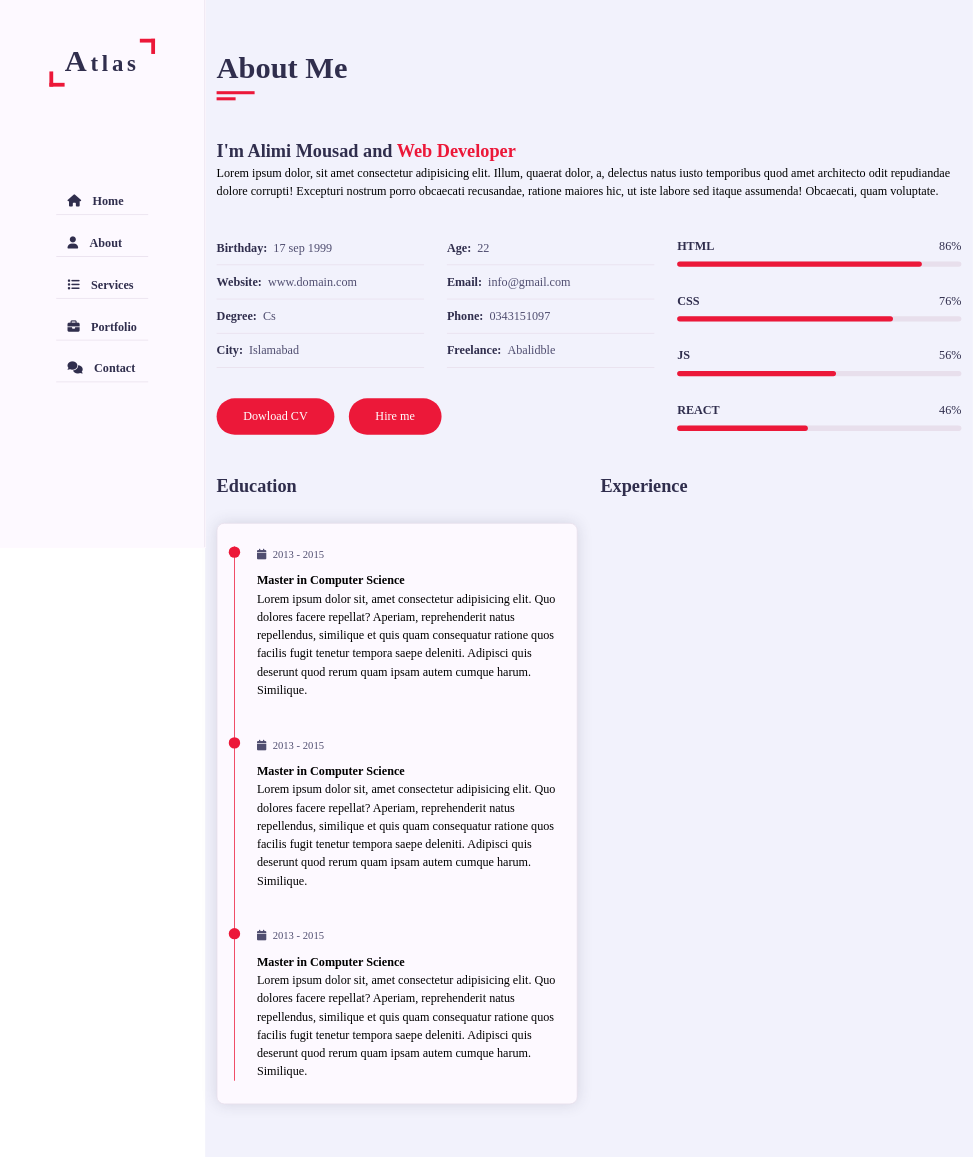
Repository: luanhoang0902/portfolio-ui
Page: index.html
The author's editor kept a copy of each file at every save. The page is drawn from the files as they stood at one save, then again after the next save.
The browser window is 1280 px wide. The pictures show the whole page, at 76% of full size.
Some web fonts or font styles are not loaded; a fallback is used. Some web libraries are served in a nearby version.

Above is the page before, as saved 2022-06-02 17:20:16.

### index.html
<!DOCTYPE html>
<html lang="en">
  <head>
    <meta charset="UTF-8" />
    <meta http-equiv="X-UA-Compatible" content="IE=edge" />
    <meta name="viewport" content="width=device-width, initial-scale=1.0" />
    <title>Document</title>

    <!--  ===== CSS Files ===== -->
    <link rel="stylesheet" href="./css/style.css" />
    <link rel="stylesheet" href="./css/skins/color-1.css" />
    <link
      rel="stylesheet"
      href="https://cdnjs.cloudflare.com/ajax/libs/font-awesome/6.1.1/css/all.min.css"
    />
  </head>
  <body>
    <!--  ===== Main Container Start> ===== -->
    <div class="main-container">
      <!--  ===== Aside Start> ===== -->
      <div class="aside">
        <div class="logo">
          <a href="#"><span>A</span>tlas</a>
        </div>
        <div class="nav-toggler">
          <span></span>
        </div>
        <ul class="nav">
          <li>
            <a href="#"><i class="fa fa-home" class="active"></i>Home</a>
          </li>
          <li>
            <a href="#"><i class="fa fa-user"></i>About</a>
          </li>
          <li>
            <a href="#"><i class="fa fa-list"></i>Services</a>
          </li>
          <li>
            <a href="#"><i class="fa fa-briefcase"></i>Portfolio</a>
          </li>
          <li>
            <a href="#"><i class="fa fa-comments"></i>Contact</a>
          </li>
        </ul>
      </div>
      <!--  ===== Aside End> ===== -->
      <!--  ===== Main Content Start> ===== -->
      <div class="main-content">
        <!--  ===== Home Selection Start> ===== -->
        <section class="home section hidden">
          <div class="container">
            <div class="row">
              <div class="home-info padd-15">
                <h3 class="hello">
                  Hello, my name is <span class="name">Alimi Mousaad</span>
                </h3>
                <h3 class="my-profession">
                  I'm a <span class="typing">web designer</span>
                </h3>
                <p>
                  Lorem ipsum, dolor sit amet consectetur adipisicing elit.
                  Molestiae quos assumenda at illum nisi dolores sequi quisquam?
                  Eaque, earum temporibus.
                </p>
                <a href="#contact" class="btn hire-me">Hire Me</a>
              </div>
              <div class="home-img">
                <img src="./images/avatar.JPG" alt="" />
              </div>
            </div>
          </div>
        </section>
        <!--  ===== Home Selection End> ===== -->
        <!--  ===== About Selection Start> ===== -->
        <section class="about section padd-15">
          <div class="container">
            <div class="row">
              <div class="section-title padd-15">
                <h2>About Me</h2>
              </div>
            </div>
            <div class="row">
              <div class="about-content padd-15">
                <div class="row">
                  <div class="about-text padd-15">
                    <h3>I'm Alimi Mousad and <span>Web Developer</span></h3>
                    <p>
                      Lorem ipsum dolor, sit amet consectetur adipisicing elit.
                      Illum, quaerat dolor, a, delectus natus iusto temporibus
                      quod amet architecto odit repudiandae dolore corrupti!
                      Excepturi nostrum porro obcaecati recusandae, ratione
                      maiores hic, ut iste labore sed itaque assumenda!
                      Obcaecati, quam voluptate.
                    </p>
                  </div>
                </div>
                <div class="row">
                  <div class="personal-info padd-15">
                    <div class="row">
                      <div class="info-item padd-15">
                        <p>Birthday: <span>17 sep 1999</span></p>
                      </div>
                      <div class="info-item padd-15">
                        <p>Age: <span>22</span></p>
                      </div>
                      <div class="info-item padd-15">
                        <p>Website: <span>www.domain.com</span></p>
                      </div>
                      <div class="info-item padd-15">
                        <p>Email: <span>info@gmail.com</span></p>
                      </div>
                      <div class="info-item padd-15">
                        <p>Degree: <span>Cs</span></p>
                      </div>
                      <div class="info-item padd-15">
                        <p>Phone: <span>0343151097</span></p>
                      </div>
                      <div class="info-item padd-15">
                        <p>City: <span>Islamabad</span></p>
                      </div>
                      <div class="info-item padd-15">
                        <p>Freelance: <span>Abalidble</span></p>
                      </div>
                    </div>
                    <div class="row">
                      <div class="buttons padd-15">
                        <a href="#" class="btn">Dowload CV</a>
                        <a href="#contact" class="btn hire-me">Hire me</a>
                      </div>
                    </div>
                  </div>
                  <div class="skills padd-15">
                    <div class="row">
                      <div class="skill-item padd-15">
                        <h5>HTML</h5>
                        <div class="progress">
                          <div class="progress-in" style="width: 86%"></div>
                          <div class="skill-percent">86%</div>
                        </div>
                      </div>
                      <div class="skill-item padd-15">
                        <h5>CSS</h5>
                        <div class="progress">
                          <div class="progress-in" style="width: 76%"></div>
                          <div class="skill-percent">76%</div>
                        </div>
                      </div>
                      <div class="skill-item padd-15">
                        <h5>JS</h5>
                        <div class="progress">
                          <div class="progress-in" style="width: 56%"></div>
                          <div class="skill-percent">56%</div>
                        </div>
                      </div>
                      <div class="skill-item padd-15">
                        <h5>REACT</h5>
                        <div class="progress">
                          <div class="progress-in" style="width: 46%"></div>
                          <div class="skill-percent">46%</div>
                        </div>
                      </div>
                    </div>
                  </div>
                </div>
                <div class="row">
                  <div class="education padd-15">
                    <h3 class="title">Education</h3>
                    <div class="row">
                      <div class="timeline-box padd-15">
                        <div class="timeline shadow-dark">
                          <!-- ===== timeline item ===== -->
                          <div class="timeline-item">
                            <div class="circle-dot"></div>
                            <h3 class="timeline-date">
                              <i class="fa fa-calendar"></i> 2013 - 2015
                            </h3>
                            <h4 class="timeline-title">
                              Master in Computer Science
                            </h4>
                            <p class="timeline-text">
                              Lorem ipsum dolor sit, amet consectetur
                              adipisicing elit. Quo dolores facere repellat?
                              Aperiam, reprehenderit natus repellendus,
                              similique et quis quam consequatur ratione quos
                              facilis fugit tenetur tempora saepe deleniti.
                              Adipisci quis deserunt quod rerum quam ipsam autem
                              cumque harum. Similique.
                            </p>
                          </div>
                          <!-- ===== timeline item ===== -->
                          <div class="timeline-item">
                            <div class="circle-dot"></div>
                            <h3 class="timeline-date">
                              <i class="fa fa-calendar"></i> 2013 - 2015
                            </h3>
                            <h4 class="timeline-title">
                              Master in Computer Science
                            </h4>
                            <p class="timeline-text">
                              Lorem ipsum dolor sit, amet consectetur
                              adipisicing elit. Quo dolores facere repellat?
                              Aperiam, reprehenderit natus repellendus,
                              similique et quis quam consequatur ratione quos
                              facilis fugit tenetur tempora saepe deleniti.
                              Adipisci quis deserunt quod rerum quam ipsam autem
                              cumque harum. Similique.
                            </p>
                          </div>
                          <!-- ===== timeline item ===== -->
                          <div class="timeline-item">
                            <div class="circle-dot"></div>
                            <h3 class="timeline-date">
                              <i class="fa fa-calendar"></i> 2013 - 2015
                            </h3>
                            <h4 class="timeline-title">
                              Master in Computer Science
                            </h4>
                            <p class="timeline-text">
                              Lorem ipsum dolor sit, amet consectetur
                              adipisicing elit. Quo dolores facere repellat?
                              Aperiam, reprehenderit natus repellendus,
                              similique et quis quam consequatur ratione quos
                              facilis fugit tenetur tempora saepe deleniti.
                              Adipisci quis deserunt quod rerum quam ipsam autem
                              cumque harum. Similique.
                            </p>
                          </div>
                        </div>
                      </div>
                    </div>
                  </div>
                  <div class="experience padd-15">
                    <h3 class="title">Experience</h3>
                  </div>
                </div>
              </div>
            </div>
          </div>
        </section>
        <!--  ===== About Selection End> ===== -->
      </div>
      <!--  ===== Main Content End> ===== -->
    </div>
    <!--  ===== Main Container End> ===== -->
    <!--  ===== JS Files ===== -->
    <script src="js/script.js"></script>
  </body>
</html>

### css/style.css
/* import font chữ vào */
@import url('https://fonts.googleapis.com/css2?family=Clicker+Script&family=Montserrat:ital,wght@1,100&family=Poppins:ital,wght@0,200;0,300;0,400;0,500;0,700;1,600&display=swap');
/* Khai báo biến */
:root
{
    --bg-black-900: #f2f2fc;
    --bg-black-100: #fdf9ff;
    --bg-black-50: #e8dfec;

    --text-black-900: #302e4d;
    --text-black-700: #504e70;
}

body
{
    line-height: 1.5;
    font-size: 16px;
    font-family: 'Poopins' sans-serif;
}

*
{
    margin: 0;
    padding: 0;
    outline: none;
    text-decoration: none;
    box-sizing: border-box;
}

::before,::after {
    box-sizing: border-box;
}

ul
{
    list-style: none;
}
.section
{
    background: var(--bg-black-900);
    min-height: 100vh;
    display: block;
    padding: 0 30px;
    left: 270px;
    opacity: 1;
}
.hidden
{
    display: none !important;
}
.main-content
{
    padding-left: 270px;
}
.padd-15
{
    padding-left: 15px;
    padding-right: 15px;
}
.container
{
    max-width: 1100px;
    width: 100%;
    margin: auto;
}
.section .container
{
    padding-top: 60px;
    padding-bottom: 70px;
}
.section-title
{
     flex: 0 0 100%;
     min-width: 100%;
     margin-bottom: 60px;
}
.section-title h2
{
    font-size: 40px;
    color: var(--text-black-900);
    font-weight: 700;
    position: relative;
}
.section-title h2::before
{
    content: '';
    height: 4px;
    width: 50px;
    background-color: var(--skin-color);
    position:absolute;
    top: 100%;
    left: 0;
}
.section-title h2::after
{
    content: '';
    height: 4px;
    width: 25px;
    background-color: var(--skin-color);
    position:absolute;
    top: 100%;
    left: 0;
    margin-top: 8px;
}
.row
{
    display: flex;
    flex-wrap: wrap;
    margin-left: -15px;
    margin-right: -15px;
    position: relative;
}
.btn
{
    font-size: 16px;
    font-weight: 500;
    padding: 12px 35px;
    color: white;
    border-radius: 40px;
    display: inline-block;
    white-space: nowrap;
    border: none;
    background: var(--skin-color);
    transition: all 0.3s ease;
}
.btn:hover
{
    transform: scale(1.05);
}
.shadow-dark
{
    box-shadow: 0 0 20px rgba(48, 46, 77, 0.15);
}
/* aside */
.aside
{
    position: fixed;
    left: 0;
    top: 0;

    display: flex;
    justify-content: center;
    align-items: center;

    width: 270px;

    background: var(--bg-black-100);

    border-right: 1px solid var(--bg-black-50);
    padding: 30px;
    height: 100%;
    z-index: 10;
}
.aside .logo
{
    position: absolute;
    top: 50px;
    font-size: 30px;
    text-transform: capitalize;
}
.aside .logo a
{
    position: relative;
    color: var(--text-black-900);
    font-weight: 700;

    padding: 15px 20px;
    font-size:30px;
    letter-spacing: 5px;
}
.aside .logo a span
{
    font-family: 'Clicker Script', cursive;
    font-size: 40px;
}
.aside .logo a::before
{
    content: '';
    position: absolute;
    bottom: 0;
    left: 0;
    width: 20px;
    height: 20px;

    border-bottom: 5px solid var(--skin-color);
    border-left: 5px solid var(--skin-color);
}
.aside .logo a::after
{
    content: '';
    position: absolute;
    top: 0;
    right: 0;
    width: 20px;
    height: 20px;

    border-top: 5px solid var(--skin-color);
    border-right: 5px solid var(--skin-color);
}
.aside .nav-toggler
{
    height: 40px;
    width: 45px;
    border: 1px solid var(--bg-black-50);
    cursor: pointer;
    position: fixed;
    left: 300px;
    top: 20px;
    border-radius: 5px;
    background: var(--bg-black-100);
    display: none;
    justify-content: center;
    align-items: center;
}
.aside .nav-toggler span
{
    height: 2px;
    width: 18px;
    background: var(--skin-color);
    display: inline-block;
    position: relative;
}
.aside .nav-toggler span::before
{
    content: '';
    height: 2px;
    width: 18px;
    background: var(--skin-color);
    position: absolute;
    top: -6px;
    left: 0;
}
.aside .nav-toggler span::after
{
    content: '';
    height: 2px;
    width: 18px;
    background: var(--skin-color);
    position: absolute;
    top: 6px;
    left: 0;
}
.aside .nav
{
    margin-top: 50px;
}
.aside .nav li
{
    margin-bottom: 20px;
    display: block;
}
.aside .nav li a
{
    font-size: 16px;
    font-weight: 600;
    display: block;
    border-bottom: 1px solid var(--bg-black-50);
    color: var(--text-black-900);
    padding: 5px 15px;
}
.aside .nav li a.active
{
    color: var(--skin-color);
}
.aside .nav li a i
{
    margin-right: 15px;
}
/* Home */
.home
{
    min-height: 100vh;
    display: flex;
    color: var(--text-black-900);
}
.home .home-info
{
    flex: 0 0 60%;
    min-width: 60%;
}
h3.hello
{
    font-size: 28px;
    margin: 15px 0;
}
h3.hello span
{
    font-family: 'Clicker Script', cursive;
    font-size: 30px;
    font-weight: 700;
    color: var(--skin-color);
}
h3.my-profession
{
    font-size: 30px;
    margin: 15px 0;
}
.typing
{
    color: var(--skin-color);
}
.home-info p
{
    margin-bottom: 70px;
    font-size: 20px;
    color: var(--text-black-700);
}
.home .home-img
{
    flex: 0 0 40%;
    min-width: 40%;
    text-align: center;
    position: relative;

}
.home-img::after
{
    content: '';
    position: absolute;
    height: 80px;
    width: 80px;
    border-bottom: 10px solid var(--skin-color);
    border-right: 10px solid var(--skin-color);
    right: 20px;
    bottom: -40px;
}
.home-img::before
{
    content: '';
    position: absolute;
    height: 80px;
    width: 80px;
    border-top: 10px solid var(--skin-color);
    border-left: 10px solid var(--skin-color);
    left: 20px;
    top: -40px;
}
.home .home-img img
{
    height: 400px;
    width: 300px;
    object-fit: cover;

    margin: auto;
    border-radius: 5px;
}
/* About */
.about .about-content
{
    flex: 0 0 100%;
    min-width: 100%;

}
.about .about-content .about-text
{
    flex: 0 0 100%;
    max-width: 100%;
}
.about .about-content .about-text h3
{
    font-size: 24px;
    border-bottom: 15px;
    font-weight: 700;
    color: var(--text-black-900);
}
.about .about-content .about-text h3 span
{
    color: var(--skin-color);
}
.about .about-content .personal-info
{
    flex: 0 0 60%;
    max-width: 60%;
    margin-top: 40px;
}
.about .about-content .personal-info .info-item
{
    flex: 0 0 50%;
    max-width: 100%;
}
.about .about-content .personal-info .info-item p
{
    font-weight: 600;
    padding: 10px 0;
    font-size: 16px;
    color: var(--text-black-900);
    border-bottom: 1px solid var(--bg-black-50);
}
.about .about-content .personal-info .info-item p span
{
    font-weight: 400;
    color: var(--text-black-700);
    margin-left: 4px;
    display: inline-block;

}
.about .about-content .personal-info .buttons
{
    margin-top: 30px;

}
.about .about-content .personal-info .buttons .btn
{
    margin-right: 15px;
    margin-top: 10px;
}
.about .about-content .skills
{
    flex: 0 0 40%;
    max-width: 40%;
    margin-top: 40px;
}
.about .about-content .skills .skill-item
{
    flex: 0 0 100%;
    max-width: 100%;
}
.about .about-content .skills .skill-item h5
{
    line-height: 40px;
    font-weight: 600;
    font-size: 16px;
    color: var(--text-black-900);
    text-transform: capitalize;
}
.about .about-content .skills .skill-item .progress
{
    background: var(--bg-black-50);
    height: 7px;
    border-radius: 4px;
    width: 100%;
    position: relative;
}
.about .about-content .skills .skill-item
{
    margin-bottom: 25px;

}
.about .about-content .skills .skill-item .progress-in
{
    position: absolute;
    left: 0;
    top: 0;
    height: 100%;
    border-radius: 4px;
    background-color: var(--skin-color);
}
.about .about-content .skills .skill-item .skill-percent
{
    position: absolute;
    right: 0;
    color: var(--text-black-900);
    top: -40px;
    font-weight: 400;
    line-height: 40px;
}
.about .about-content .education,
.about .about-content .experience
{
    flex: 0 0 50%;
    max-width: 50%;
    margin-top: 30px;
}
.about .about-content h3.title
{
    font-size: 24px;
    margin-bottom: 30px;
    font-weight: 700;
    color: var(--text-black-900);

}
.about .about-content .timeline-box
{
    flex: 0 0 100%;
    max-width: 100%;
}
.about .about-content .timeline
{
    background: var(--bg-black-100);
    padding: 30px 15px;
    border: 1px solid var(--bg-black-50);
    border-radius: 10px;
    width: 100%;
    position: relative;
}
.about .about-content .timeline .timeline-item
{
    position: relative;
    padding-left: 37px;
    padding-bottom: 50px;

}
.about .about-content .timeline .timeline-item:last-child
{
    padding-bottom: 0;
}
.about .about-content .timeline .timeline-item::before
{
    content: '';
    width: 1px;
    position: absolute;
    height: 100%;
    left: 7px;
    top: 0;
    background: var(--skin-color);
}
.about .about-content .timeline .circle-dot
{
    position: absolute;
    left: 0;
    top: 0;
    height: 15px;
    width: 15px;
    border-radius: 50%;
    background: var(--skin-color);
}
.about .about-content .timeline .timeline-date
{
    font-weight: 400;
    font-size: 14px;
    margin-bottom: 12px;
    color: var(--text-black-700);
}
.about .about-content .timeline .timeline-date .fa
{
    margin-right: 5px;
}

Loaded but not shown: css/skins/color-1.css (common file); js/script.js (no copy from this time; the picture is the same without it)

After the next save:
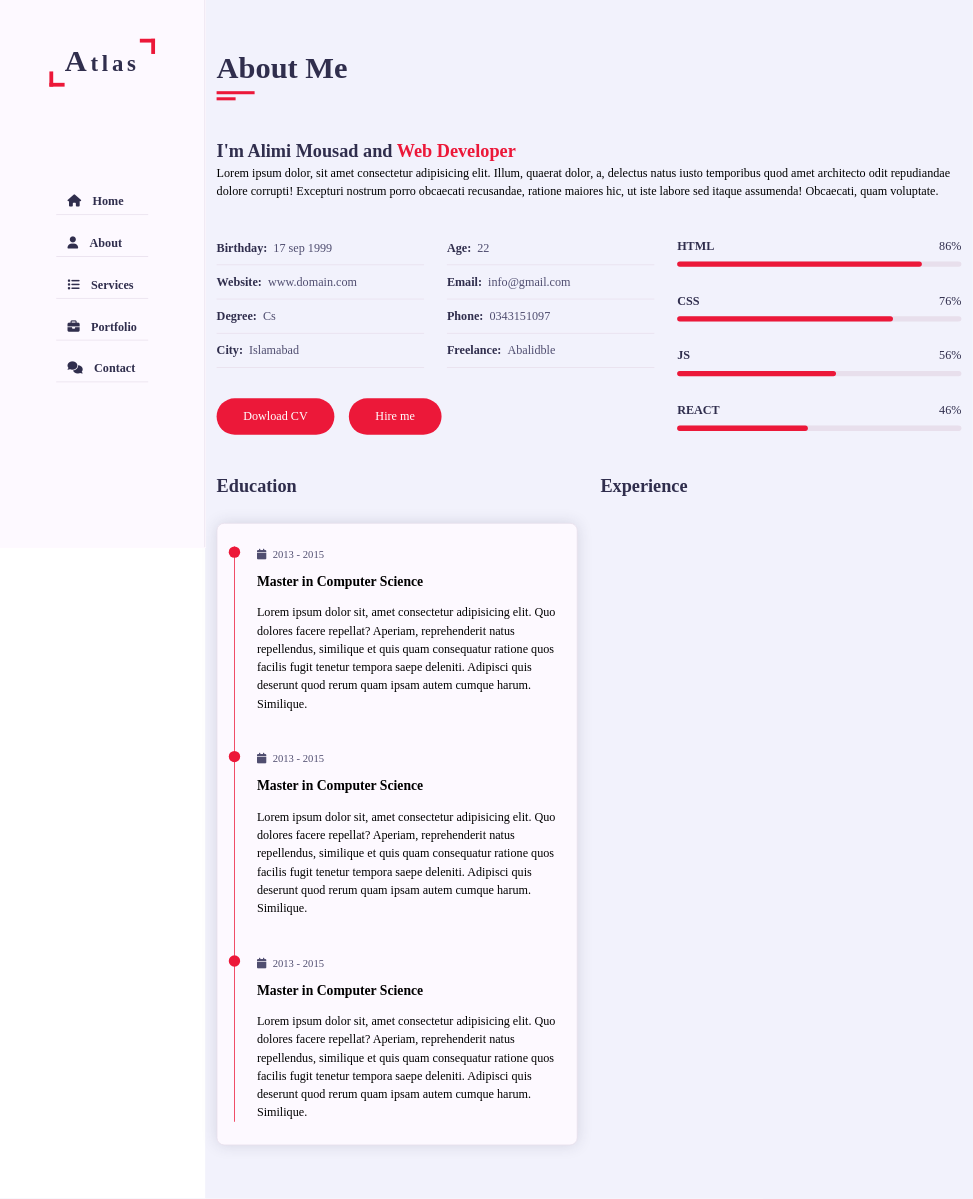
Saved 47 s later.
--- a/css/style.css
+++ b/css/style.css
@@ -525,3 +525,9 @@
 {
     margin-right: 5px;
 }
+.about .about-content .timeline .timeline-title
+{
+    font-weight: 700;
+    font-size: 18px;
+    margin-bottom: 15px;
+}
